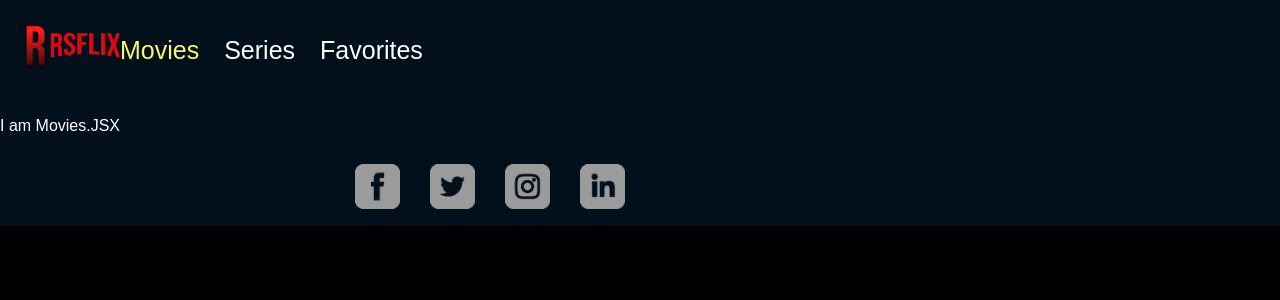
Repository: ronnysalas459/final_project_react
Page: /
An editor plug-in stored every save of this project. The page is shown before and after the next save, followed by the edit.
The browser window is 1280 px wide. The pictures show the whole page.
The project was rebuilt for these pictures with package versions that can differ from the ones it lists, and the page was loaded fresh each time. Also part of the build but not shown: src/containers/Favorites.jsx.

Above is the page before, as saved 2021-09-28 20:16:54.

After the next save:
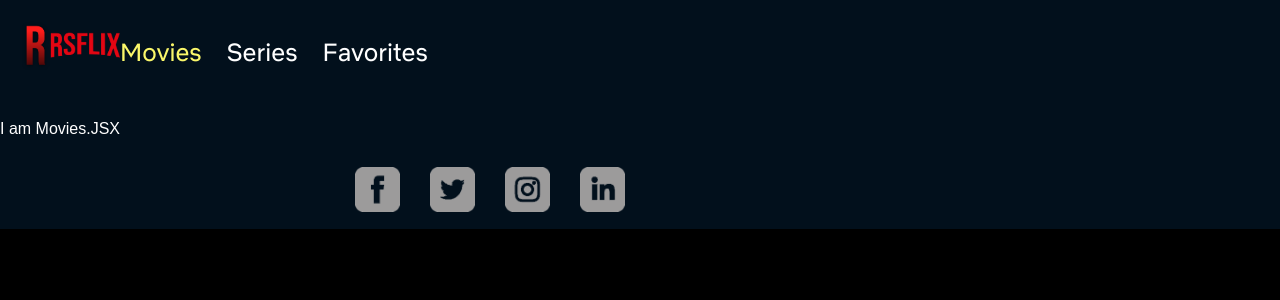
Saved 85 s later.
--- a/src/assets/styles/components/Header.scss
+++ b/src/assets/styles/components/Header.scss
@@ -19,6 +19,7 @@
 .header__nav__options-item {
   margin-right: 25px;
   font-size: 25px;
+  font-family: $title-font;
   list-style-type: none;
 }
 
